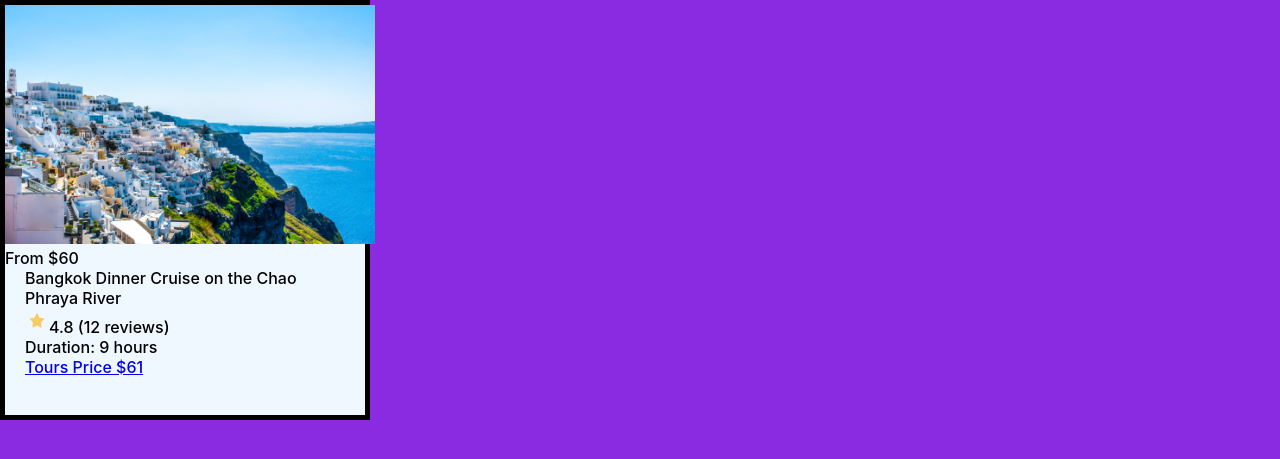
Repository: nguyentuankiet-k61/K_IT-demo
Page: index.html
An editor plug-in stored every save of this project. The page is shown before and after the next save, followed by the edit.
The browser window is 1280 px wide. The pictures show the whole page.
Some web fonts or font styles are not loaded; a fallback is used.

Above is the page before, as saved 2022-09-25 12:28:52.

After the next save:
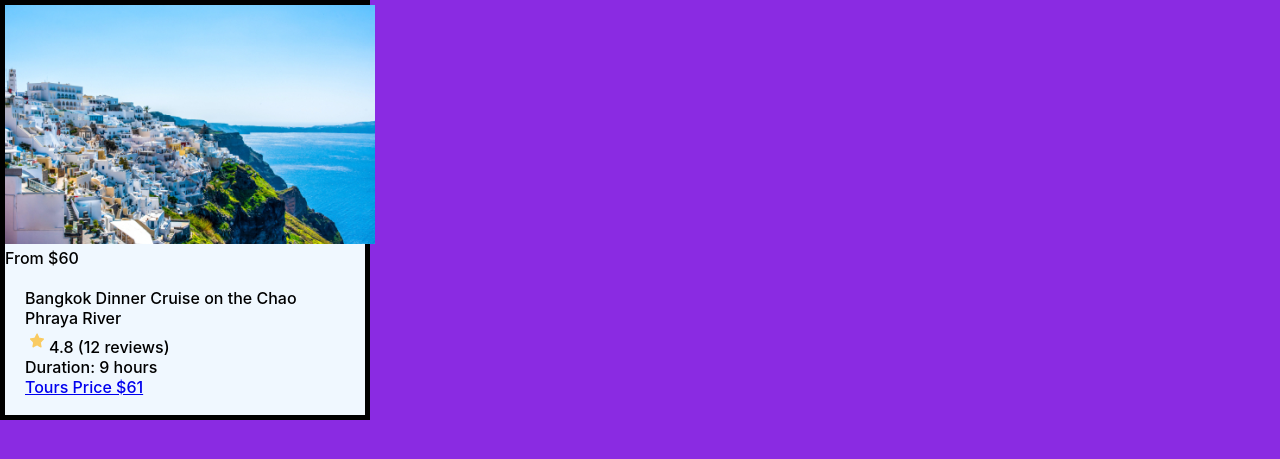
Saved 77 s later.
--- a/CSS/app.css
+++ b/CSS/app.css
@@ -16,6 +16,6 @@ body{
     border: 5px solid black;
 }
 .Tours_content{
-    padding: 0px 20px 14px;
+    padding: 20px 20px 14px;
 
 }
